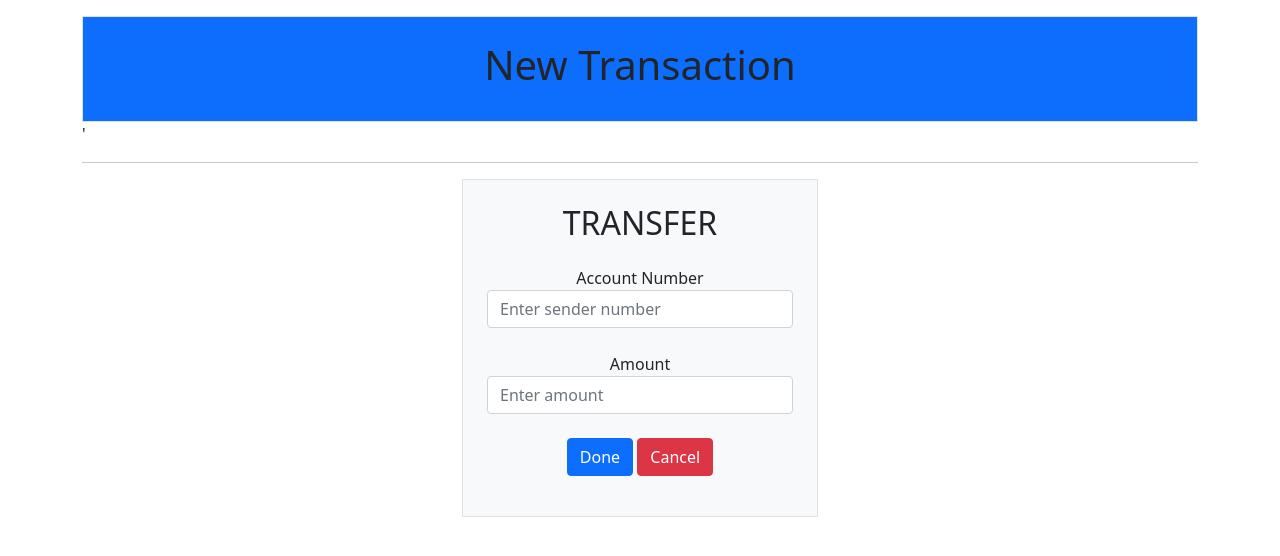
Repository: RMVLajaykumar/monojavaee
Page: http://localhost/13-bankapplication-demo/transaction.jsp
These files come from the project's save history. The page is drawn as it stood at one moment and after the next save; the edit follows.
The browser window is 1280 px wide. The pictures show the whole page.
The page is served by Tomcat 9. Nobody is signed in. The application's start-up code is not run.

Above is the page before, as saved 2024-07-20 19:08:44.

After the next save:
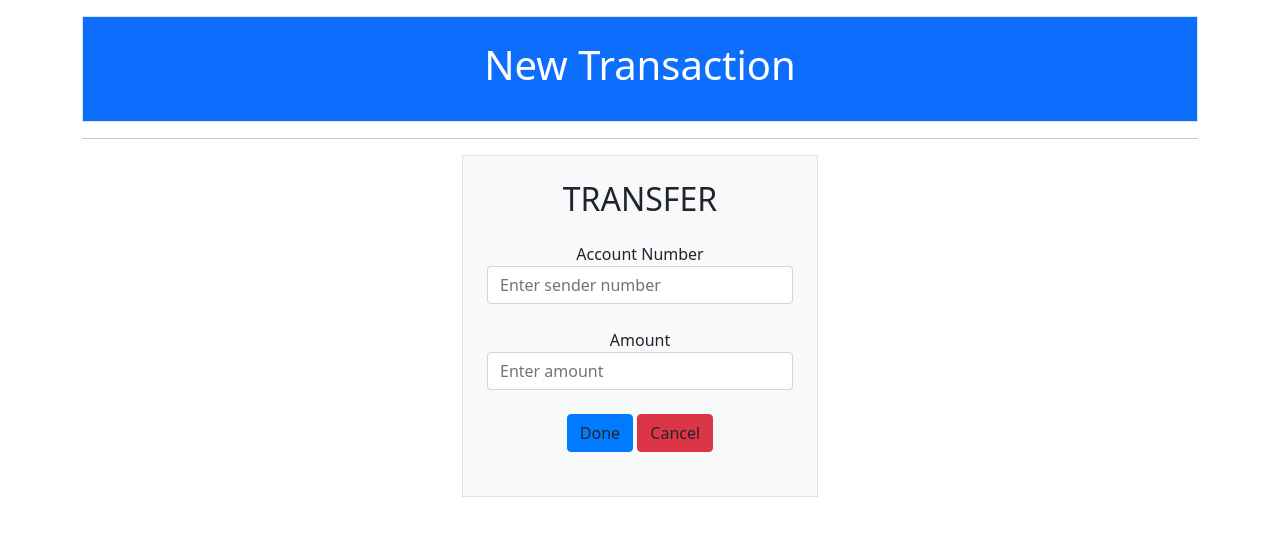
Saved 111 s later.
--- a/13-bankapplication-demo/WebContent/transaction.jsp
+++ b/13-bankapplication-demo/WebContent/transaction.jsp
@@ -10,37 +10,51 @@
 <html>
 <head>
 <meta charset="ISO-8859-1">
-<title>Insert title here</title>
+<title>New Transaction</title>
+<style>
+  .form-container {
+    padding: 30px; /* Adjusted padding */
+  }
+  .form-group {
+    margin-bottom: 20px; /* Adjusted margin */
+  }
+  .btn-primary-custom {
+    background-color: #007bff;
+    border-color: #007bff;
+  }
+  .btn-danger-custom {
+    background-color: #dc3545;
+    border-color: #dc3545;
+  }
+</style>
 </head>
 <body>
   <div class="container mt-3">
     <div class="row justify-content-center">
       <div class="col-12">
         <div class="p-4 border bg-primary text-center">
-          <h1>New Transaction</h1>
-
-
+          <h1 class="text-white">New Transaction</h1> <!-- Added text-white for white text color -->
         </div>
       </div>
-    </div>'
+    </div>
     <hr />
     <div class="row justify-content-center mt-3">
       <div class="col-lg-4">
-        <div class="p-4 border bg-light text-center">
-          <h2 class="mb-4">TRANSFER</h2> <!-- Added margin-bottom for more space -->
+        <div class="form-container p-4 border bg-light text-center">
+          <h2 class="mb-4">TRANSFER</h2>
           <form action="user" method="get">
             <input type="hidden" name="UserController" value="newTransaction">
-            <div class="form-group mb-4"> <!-- Added margin-bottom for more space -->
+            <div class="form-group mb-4">
               <label for="account_number">Account Number</label>
               <input type="text" class="form-control" id="account_number" name="receiver_account_number" placeholder="Enter sender number" >
             </div>
-            <div class="form-group mb-4"> <!-- Added margin-bottom for more space -->
+            <div class="form-group mb-4">
               <label for="transaction_amount">Amount</label>
               <input type="text" class="form-control" id="transaction_amount" placeholder="Enter amount" name="transaction_amount">
             </div>
-            <div class="form-group mt-4"> <!-- Added margin-top for more space -->
-              <button type="submit" class="btn btn-primary mr-2">Done</button>
-              <button type="reset" class="btn btn-danger">Cancel</button>
+            <div class="form-group mt-4">
+              <button type="submit" class="btn btn-primary-custom mr-2">Done</button>
+              <button type="reset" class="btn btn-danger-custom">Cancel</button>
             </div>
           </form>
         </div>
